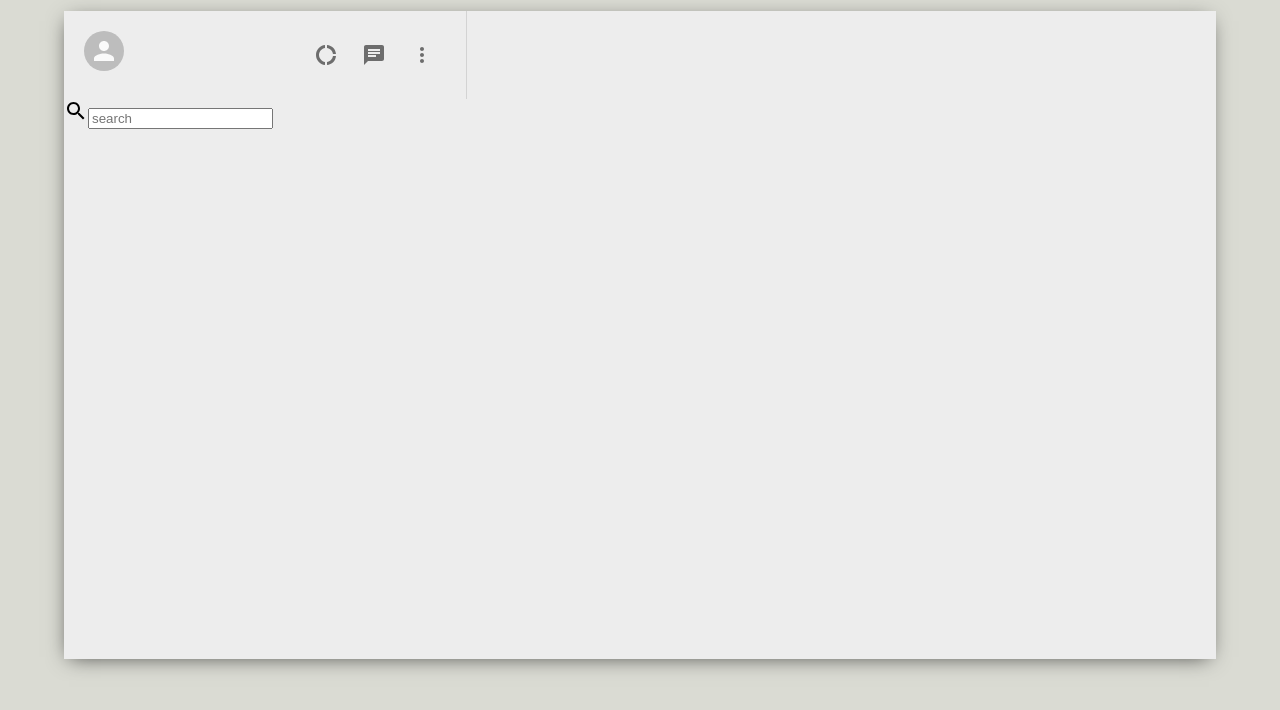
Repository: om1ars/functinal-chat
Page: /
An editor plug-in stored every save of this project. The page is shown before and after a run of saves, followed by the edit.
The browser window is 1280 px wide. The pictures show the whole page.
The project was rebuilt for these pictures with package versions that can differ from the ones it lists, and the page was loaded fresh each time.

Above is the page before, as saved 2021-11-22 13:02:37.

### src/App.js
import "./App.css";
import Sidebar from "./components/Sidebar";

function App() {
  return (
    <div className="app">
      <div className="app__body">
        <Sidebar />
      </div>
    </div>
  );
}

export default App;

### src/App.css
.app {
  background-color: #dadbd3;
  height: 100vh;
  display: grid;
  place-items: center;
}
.app__body {
  display: flex;
  width: 90vw;
  background-color: #ededed;
  margin-top: -50px;
  box-shadow: -1px 4px 20px -6px rgba(0, 0, 0, 0.7);
  height: 90vh;
}

### src/components/Sidebar.js
import React from "react";
import "./Sisdebar.css";
import { Avatar, IconButton } from "@material-ui/core";
import { DonutLarge, Chat, MoreVert, SearchOutlined } from "@material-ui/icons";
function Sidebar() {
  return (
    <div className="sidebar">
      <div className="sidebar__header">
        <Avatar />
        <div className="sidebar__headerRight">
          <IconButton>
            <DonutLarge />
          </IconButton>
          <IconButton>
            <Chat />
          </IconButton>
          <IconButton>
            <MoreVert />
          </IconButton>
        </div>
      </div>
      <div className="sidebar__search">
        <SearchOutlined />
        <input placeholder="search" type="text" />
      </div>
      <div className="sidebar__chats"></div>
    </div>
  );
}

export default Sidebar;

### src/components/Sisdebar.css
.sidebar__header {
  display: flex;
  justify-content: space-between;
  padding: 20px;
  border-right: 1px solid lightgray;
}
.sidebar {
  flex: 0.35;
  display: flex;
  flex-direction: column;
}
.sidebar__headerRight {
  display: flex;
  align-items: center;
  justify-content: space-between;
  min-width: 10vw;
}

.sidebar__headerRight > .MuiSvgIcon-root {
    margin-right: 2vw;
    font-size: 24px !important;
}

Loaded but not shown: public/index.html (common file); src/index.js (common file); src/index.css (common file)

After the next 4 saves:
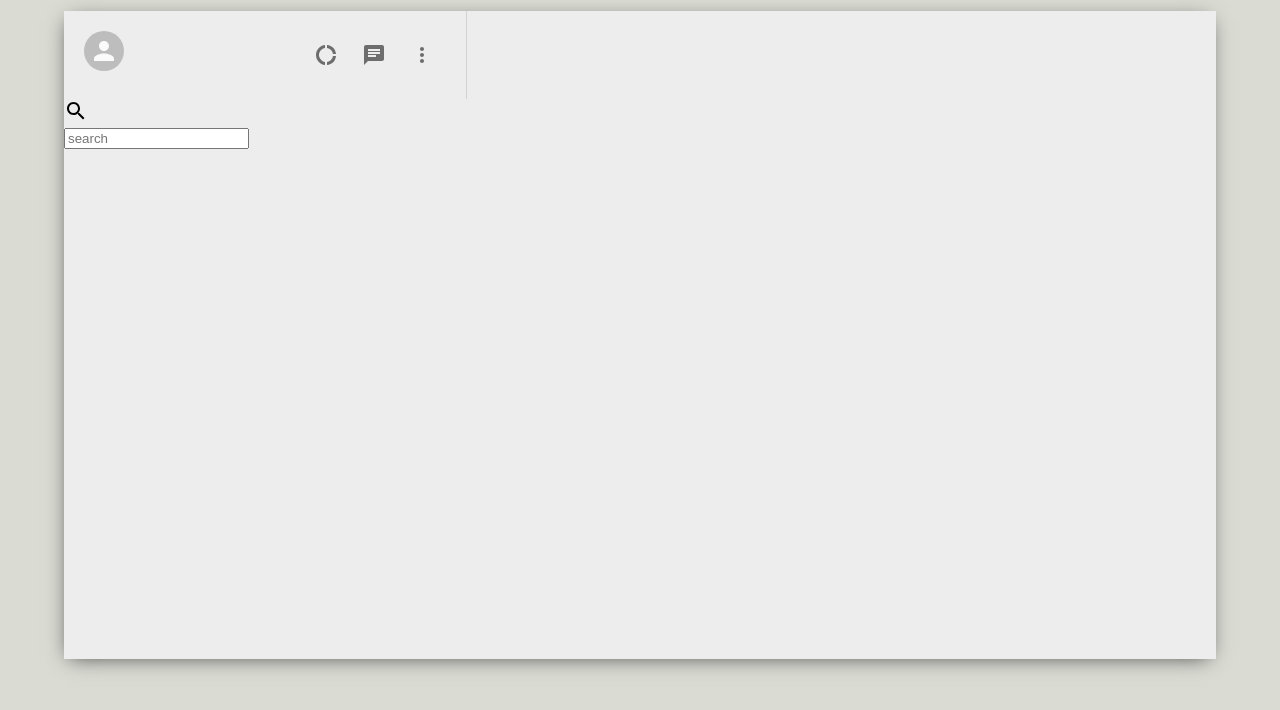
The 4 saves are shown as one change because 2 did not build or start and some came seconds apart.
The last was saved 65 s later.
--- a/src/components/Sidebar.js
+++ b/src/components/Sidebar.js
@@ -20,7 +20,9 @@ function Sidebar() {
         </div>
       </div>
       <div className="sidebar__search">
-        <SearchOutlined />
+        <div className="sidebar__searchContainer">
+          <SearchOutlined />
+        </div>
         <input placeholder="search" type="text" />
       </div>
       <div className="sidebar__chats"></div>
